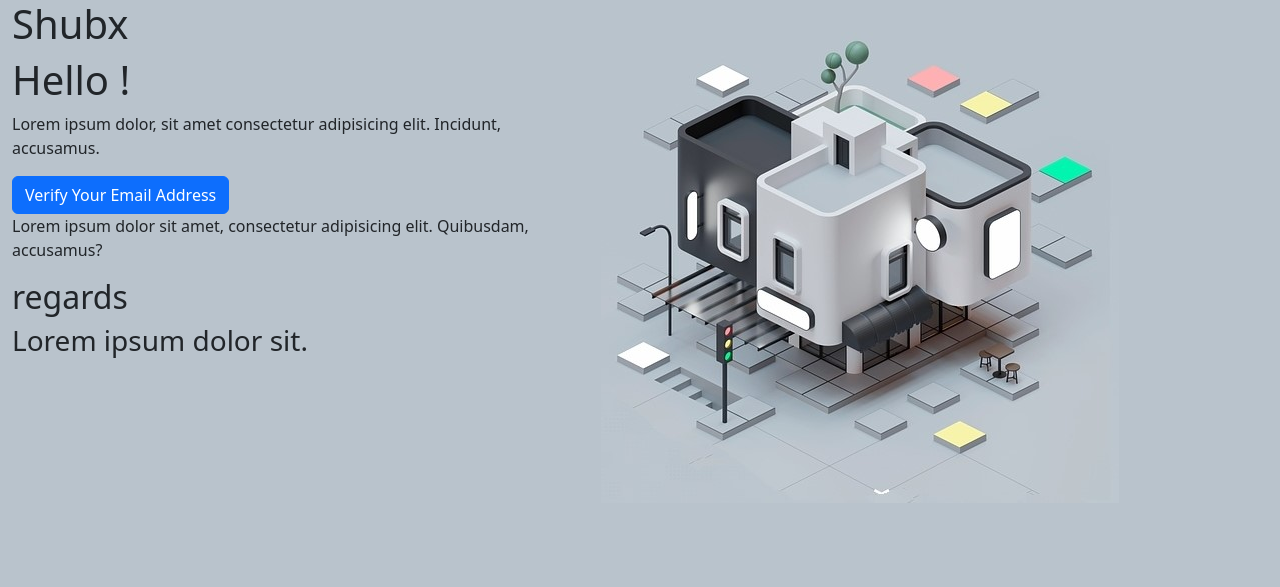
Repository: Aayush919/taskui
Page: index.html
These files come from the project's save history. The page is drawn as it stood at one moment and after the next save; the edit follows.
The browser window is 1280 px wide. The pictures show the whole page.

Above is the page before, as saved 2024-01-12 13:06:47.

After the next save:
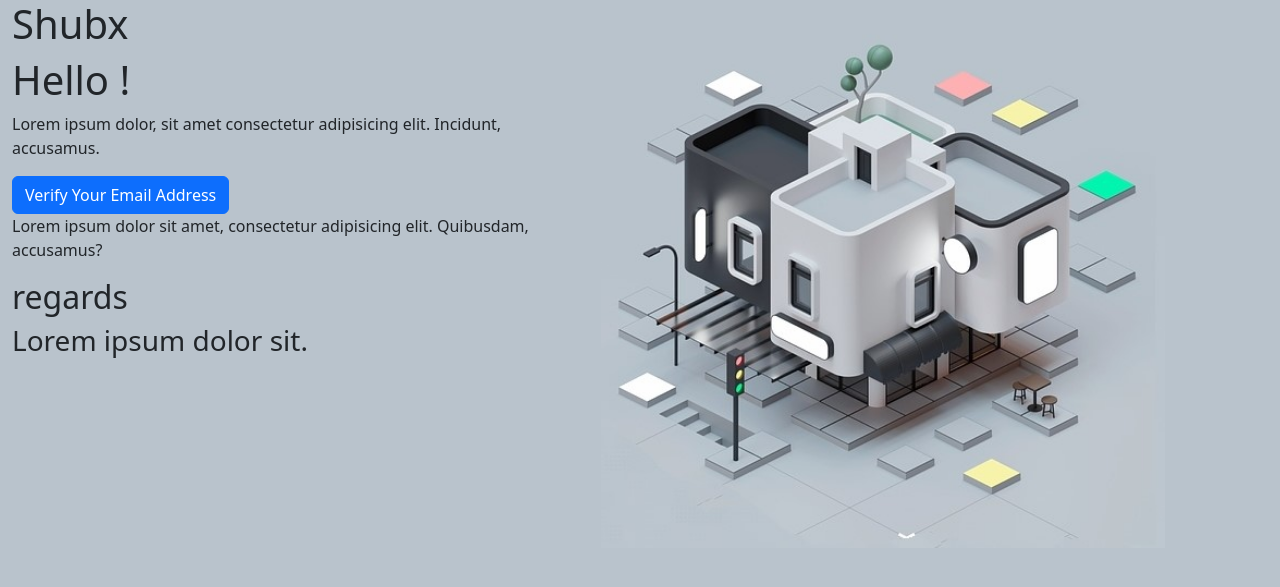
Saved 77 s later.
--- a/style.css
+++ b/style.css
@@ -20,3 +20,7 @@ html,body{
 
 
 }
+
+img{
+    width: 100%;
+}

After the save that followed:
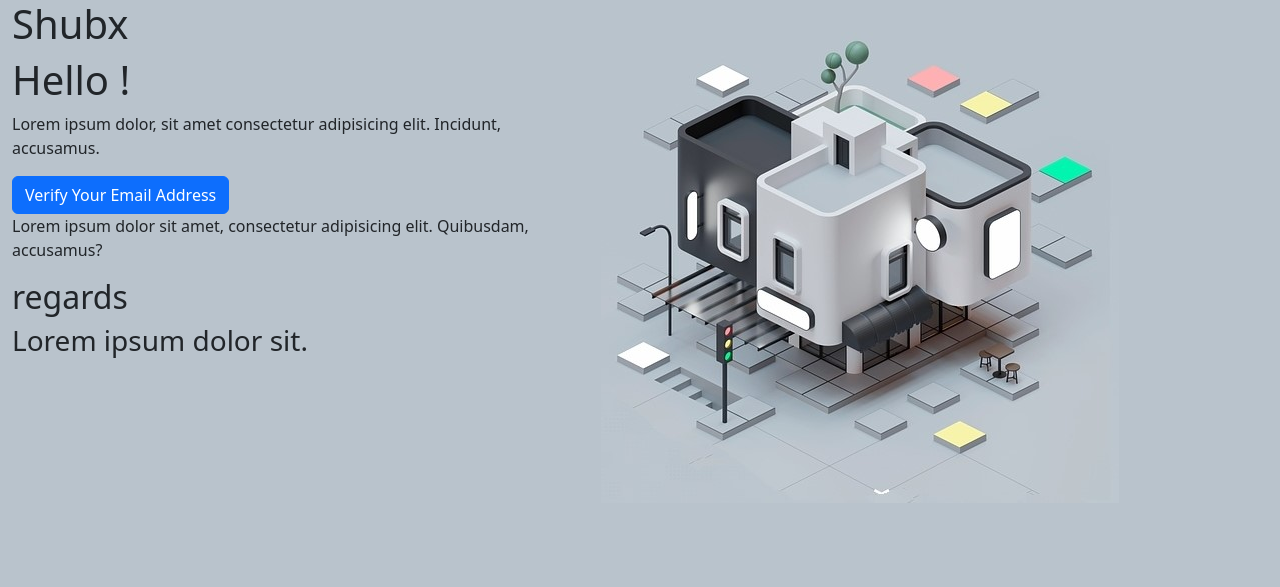
Saved 33 s later.
--- a/style.css
+++ b/style.css
@@ -20,7 +20,3 @@ html,body{
 
 
 }
-
-img{
-    width: 100%;
-}
